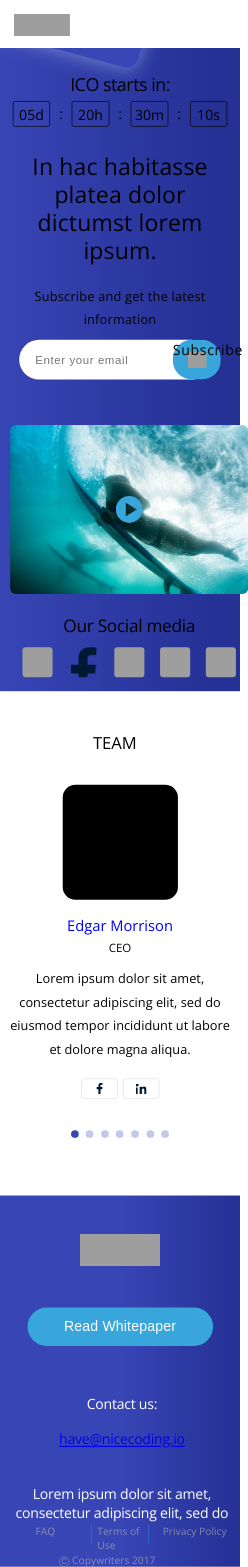
Repository: McGregorSt/newOne
Page: index.html
The author's editor kept a copy of each file at every save. The page is drawn from the files as they stood at one save, then again after the next save.
The browser window is 375 px wide. The page is 388 px wide, so the pictures cover 388 px, including what lies to the right of the window. The pictures show the whole page, at 64% of full size.
Pictures or frames that could not be fetched are drawn as grey boxes.

Above is the page before, as saved 2019-12-18 09:40:46.

After the next save:
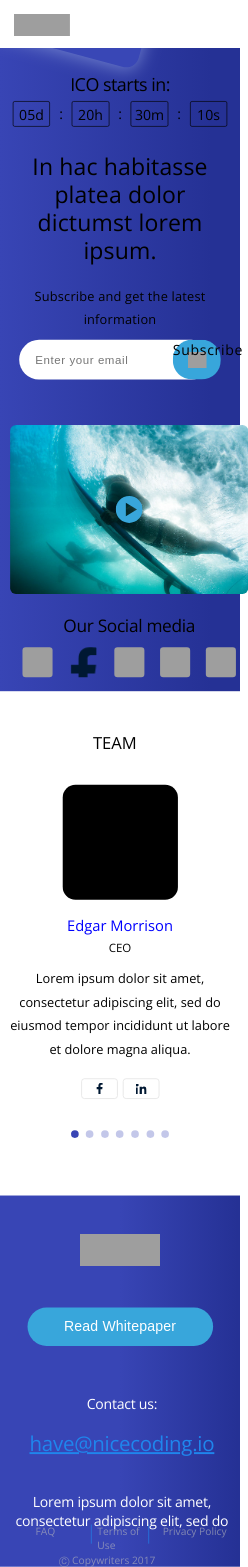
Saved 6 s later.
--- a/css/style.css
+++ b/css/style.css
@@ -700,7 +700,7 @@ section footer
   .footer__contact--a {
     position: relative;
     top: -15px;
-    fz
+    font-size: 32px;
     color: #1F86ED;
   }
   .footer__menu {
